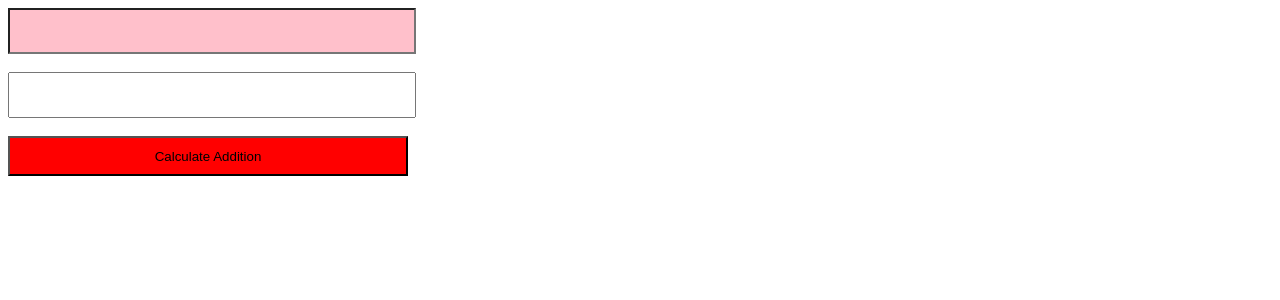
Repository: vaibhaokamble/MY_INSTITUTE_PUNE
Page: SERVLET/AdditionApplication/src/main/webapp/Addition.html
The author's editor kept a copy of each file at every save. The page is drawn from the files as they stood at one save, then again after the next save.
The browser window is 1280 px wide. The pictures show the whole page.

Above is the page before, as saved 2022-10-18 08:18:06.

### SERVLET/AdditionApplication/src/main/webapp/Addition.html
<!DOCTYPE html>
<html>
<head>
<meta charset="UTF-8">
<title>Insert title here</title>
</head>
<body>
	<input type='text' name='first' value=''
		style='width: 400px; height: 40px; background-color:pink;' />
	<br>
	<br>
	<input type='text' name='second' value=''
		style='width: 400px; height: 40px;' />
	<br>
	<br>
	<input type='submit' name='s' value='Calculate Addition'
		style='width: 400px; height: 40px; background-color:red;' />

</body>
</html>

After the next save:
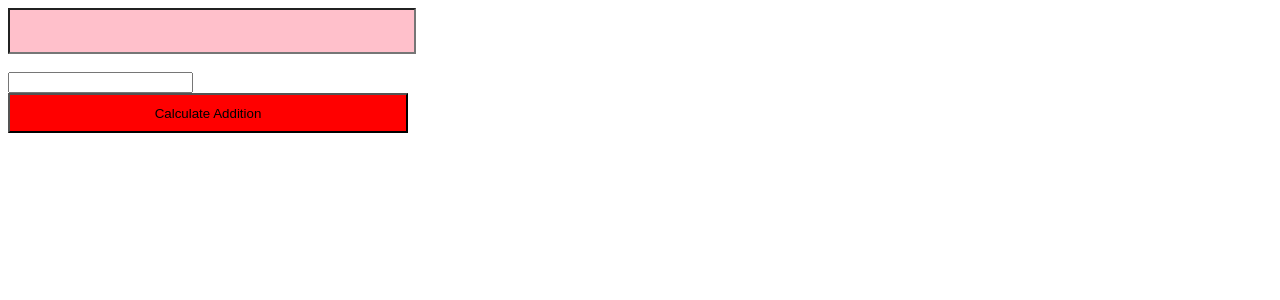
Saved 29 s later.
--- a/SERVLET/AdditionApplication/src/main/webapp/Addition.html
+++ b/SERVLET/AdditionApplication/src/main/webapp/Addition.html
@@ -10,7 +10,6 @@
 	<br>
 	<br>
 	<input type='text' name='second' value=''
-		style='width: 400px; height: 40px;' />
 	<br>
 	<br>
 	<input type='submit' name='s' value='Calculate Addition'
